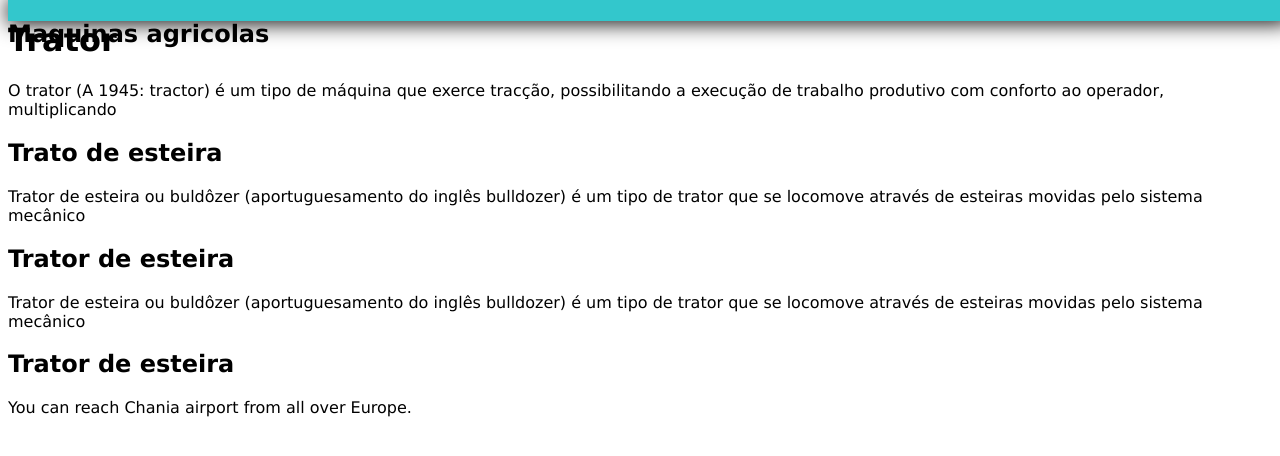
Repository: ecrseer/pesquisa-carros-html
Page: news.html
An editor plug-in stored every save of this project. The page is shown before and after a run of saves, followed by the edit.
The browser window is 1280 px wide. The pictures show the whole page.

Above is the page before, as saved 2022-01-21 16:26:14.

After the next 5 saves:
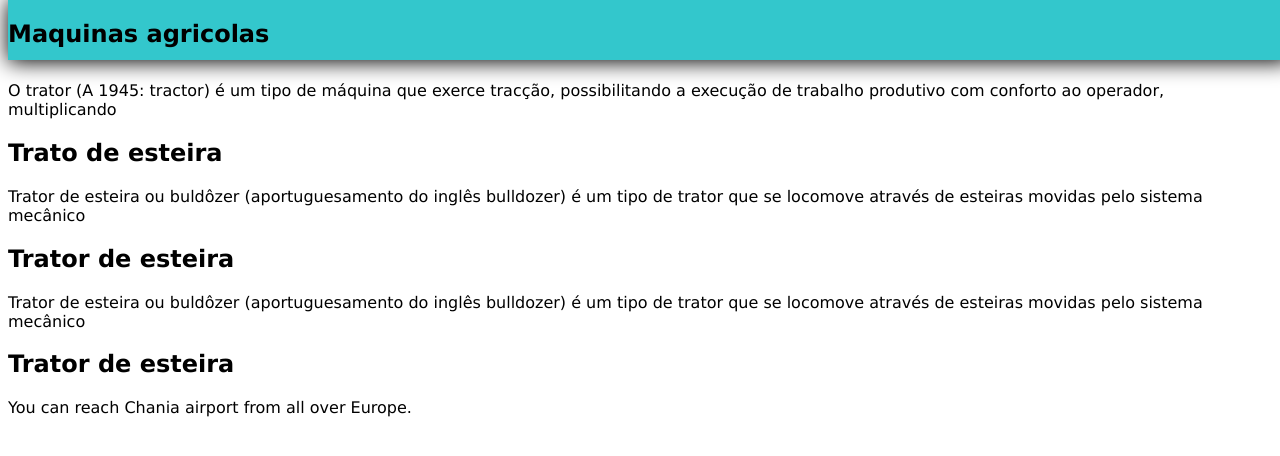
The 5 saves are shown as one change because they came seconds apart.
The last was saved 13 s later.
--- a/news.css
+++ b/news.css
@@ -11,6 +11,6 @@
     position: fixed;
     top:0;
     width: 100%;
-    max-height: 21px;
+    max-height: 60px;
     box-shadow: 1px 1px 3vh 1px;
   }
